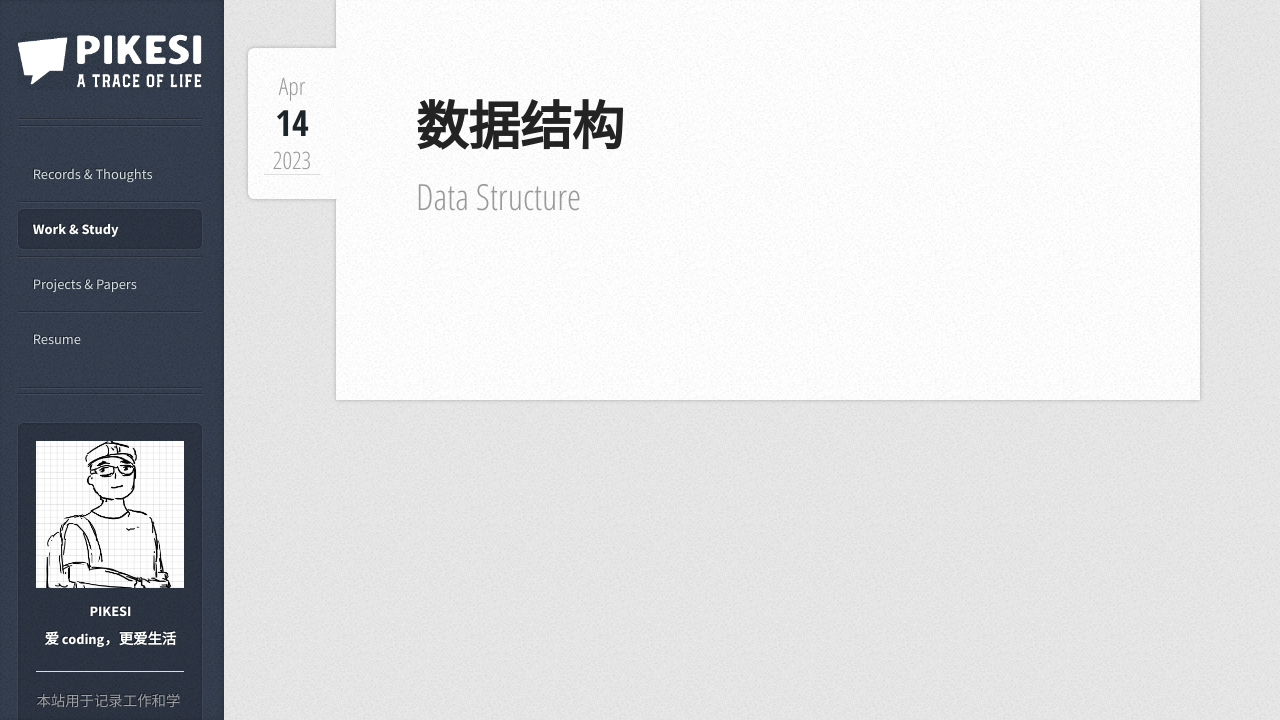
Repository: PiKesi522/PiKesi522.github.io
Page: Notes/DataStucture/main.html
These files come from the project's save history. The page is drawn as it stood at one moment and after the next save; the edit follows.
The browser window is 1280 px wide. The pictures show the whole page.

Above is the page before, as saved 2023-04-11 21:03:21.

After the next save:
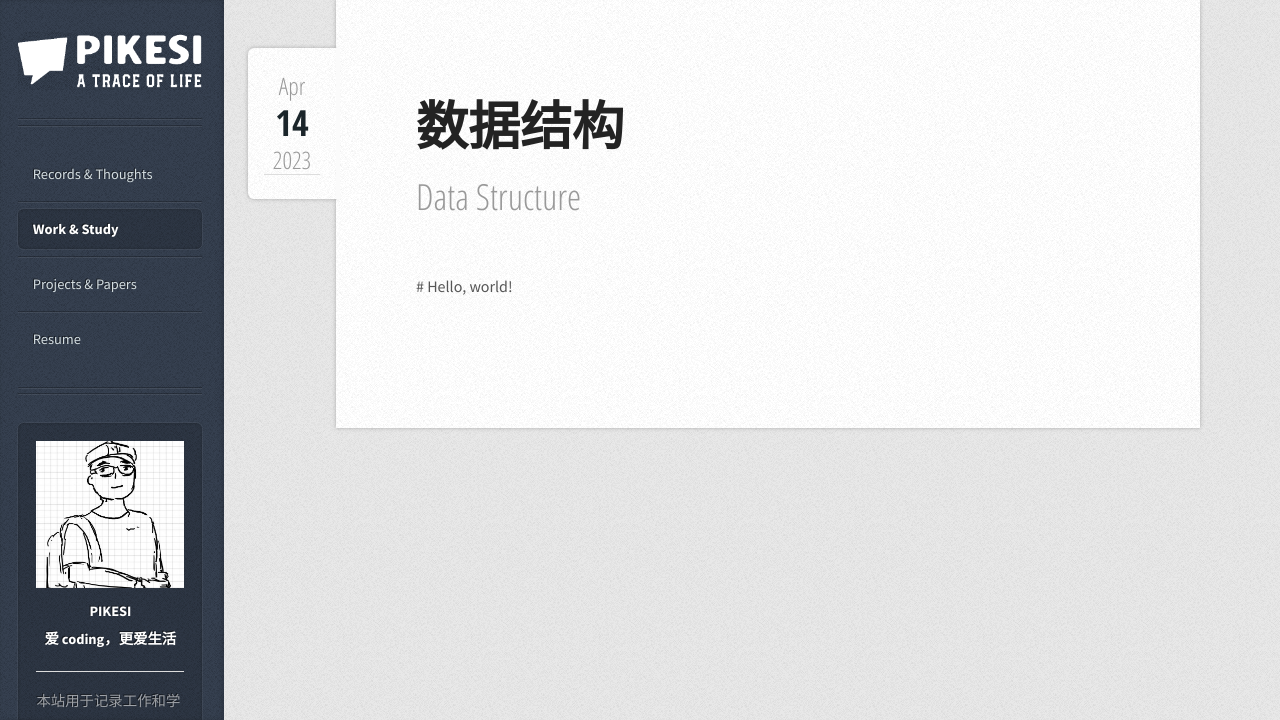
Saved 3 min 33 s later.
--- a/Notes/DataStucture/main.html
+++ b/Notes/DataStucture/main.html
@@ -33,13 +33,14 @@
 						<span class="year">2023</span>
 					</span>
 				</div>
-				<div style=" text-indent:2em">
-
-				</div>
+                    <div id="markdown-content">
+                        # Hello, world!
+                    </div>
 			</article>
 
 		</div>
 	</div>
+
 
 	<!-- Sidebar -->
 	<div id="sidebar">
